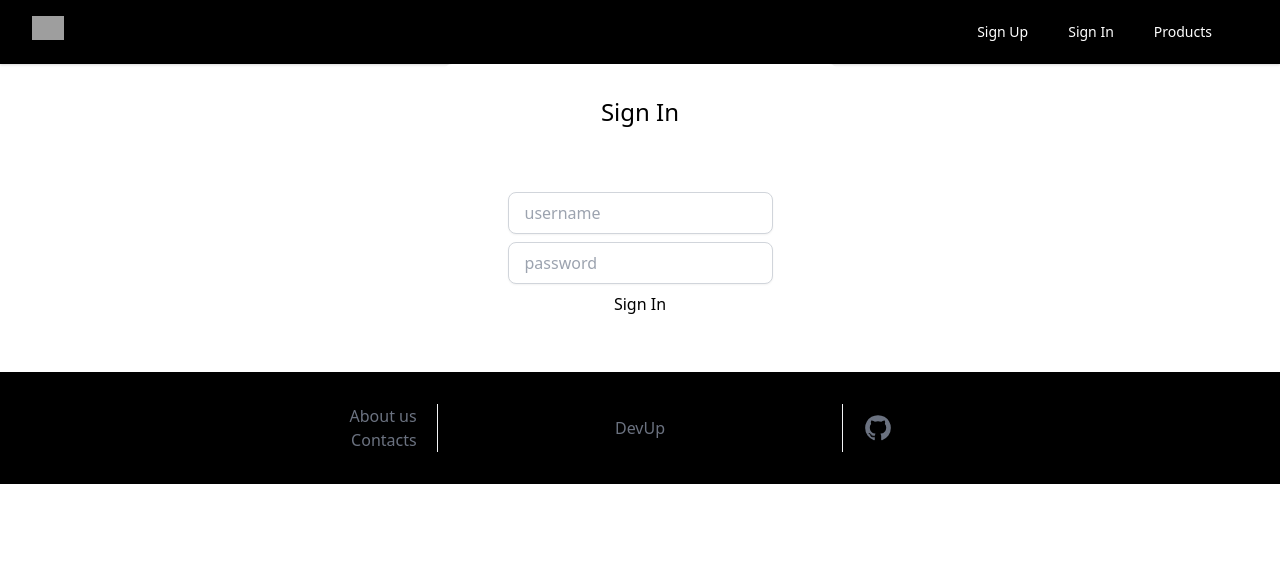
Repository: jesschoe/devup
Page: /signin (app in client/)
An editor plug-in stored every save of this project. The page is shown before and after the next save, followed by the edit.
The browser window is 1280 px wide. The pictures show the whole page.
Pictures or frames that could not be fetched are drawn as grey boxes. The project was rebuilt for these pictures with package versions that can differ from the ones it lists, and the page was loaded fresh each time. Also part of the build but not shown: client/craco.config.js, client/src/screens/Home/Home.jsx, client/src/services/products.js, client/src/screens/ProductDetail/ProductDetail.jsx, client/src/screens/ProductEdit/ProductEdit.jsx, client/src/screens/ProductCreate/ProductCreate.jsx, client/src/screens/SignUp/SignUp.jsx, client/src/components/Product/Product.jsx and 2 more.

Above is the page before, as saved 2021-10-10 10:26:59.

### client/src/App.js
import './App.css';
import { Route } from "react-router-dom"
import Home from "./screens/Home/Home"
import ProductDetail from "./screens/ProductDetail/ProductDetail"
import ProductEdit from "./screens/ProductEdit/ProductEdit"
import ProductCreate from "./screens/ProductCreate/ProductCreate"
import SignUp from "./screens/SignUp/SignUp"
import SignIn from "./screens/SignIn/SignIn"
import Products from './screens/Products/Products';

function App() {
  return (
    <div className="App">
      <Route exact path="/">
        <Home />
      </Route>
      <Route exact path="/products">
       <Products />
      </Route>
      <Route path="/products/:id">
        <ProductDetail />
      </Route>
      <Route path="/products/:id/edit">
        <ProductEdit />
      </Route>
      <Route path="/add-product">
        <ProductCreate />
      </Route>
      <Route path="/signup">
        <SignUp />
      </Route>
      <Route path="/signin">
        <SignIn />
      </Route>
    </div>
  );
}

export default App;

### client/src/screens/SignIn/SignIn.jsx
import { useState } from "react";
import { signIn } from "../../services/users";
import { useHistory } from "react-router-dom";
import Layout from "../../components/Layout/Layout";

const SignIn = (props) => {
  const history = useHistory();

  const [form, setForm] = useState({
    username: "",
    password: "",
    isError: false,
    errorMsg: "",
  });

  const handleChange = (e) => {
    setForm({
      ...form,
      [e.target.name]: e.target.value,
    });
  };

  const onSignIn = async (e) => {
    e.preventDefault();
    const { setUser } = props;
    try {
      const user = await signIn(form);
      setUser(user);
      history.push("/");
    } catch (error) {
      console.error(error);
      setForm({
        isError: true,
        errorMsg: "Invalid username or password",
        username: "",
        password: "",
      });
    }
  };

  const renderError = () => {
    const toggleForm = form.isError ? "danger" : "";
    if (form.isError) {
      return (
        <button type="submit" className={toggleForm}>
          {form.errorMsg}
        </button>
      );
    } else {
      return <button type="submit">Sign In</button>;
    }
  };

  const { username, password } = form;

  return (
    <Layout>
      <div className="flex justify-center">
        <div class="flex flex-col justify-center items-center max-w-md px-4 py-8 bg-white rounded-lg  sm:px-6 md:px-8 lg:px-10">
          <div class="self-center mb-2 text-xl font-light text-black sm:text-2xl dark:text-white">
            Sign In
          </div>
          <div class="p-6 mt-8">
            <form onsubmit={onSignIn}>
              <div class="flex flex-col mb-2">
                <div class=" relative ">
                  <input
                    className=" rounded-lg border-transparent flex-1 appearance-none border border-gray-300 w-full py-2 px-4 bg-white text-gray-700 placeholder-gray-400 shadow-sm text-base focus:outline-none focus:ring-2 focus:ring-purple-600 focus:border-transparent"
                    required
                    type="text"
                    value={username}
                    onChange={handleChange}
                    placeholder="username"
                  />
                </div>
              </div>
              <div className="flex flex-col mb-2">
                <div className=" relative ">
                  <input
                    className=" rounded-lg border-transparent flex-1 appearance-none border border-gray-300 w-full py-2 px-4 bg-white text-gray-700 placeholder-gray-400 shadow-sm text-base focus:outline-none focus:ring-2 focus:ring-purple-600 focus:border-transparent"
                    required
                    type="password"
                    value={password}
                    onChange={handleChange}
                    placeholder="password"
                  />
                </div>
              </div>
              {renderError()}
            </form>
          </div>
        </div>
      </div>
    </Layout>
  );
};

export default SignIn;

{
  /* <div className="min-h-screen min-w-max flex justify-center items-center text-center">
      <div className="text-black block">Sign In</div>
      <form onSubmit={onSignIn}>
        <label>Email</label>
        <input
          required
          type="text"
          name="email"
          value={username}
          placeholder="username"
          onChange={handleChange}
        />
        <label>Password</label>
        <input
          required
          name="password"
          value={password}
          type="password"
          placeholder="password"
          onChange={handleChange}
        />
        {renderError()}
      </form>
    </div> */
}

### client/src/components/Layout/Layout.jsx
import Footer from '../Footer/Footer'
import Nav from '../Nav/Nav'

const Layout = (props) => {
  return (
    <div>
      <Nav />
      <div className="">
        {props.children}
      </div>
      <Footer />
    </div>
  )
}

export default Layout

### client/src/services/users.js
import api from './apiConfig'
import jwtDecode from 'jwt-decode'

export const signUp = async (credentials) => {
  try {
    const resp = await api.post('/sign-up', credentials)
    localStorage.setItem('token', resp.data.token)
    const user = jwtDecode(resp.data.token)
    return user
  } catch (error) {
    throw error
  }
}

export const signIn = async (credentials) => {
  try {
    const resp = await api.post('/sign-in', credentials)
    localStorage.setItem('token', resp.data.token)
    const user = jwtDecode(resp.data.token)
    return user
  } catch (error) {
    throw error
  }
}

export const signOut = async () => {
  try {
    localStorage.removeItem("token")
    return true
  } catch (error) {
    throw error
  }
}

export const changePassword = async (passwords, user) => {
  try {
    const resp = await api.post('/')
    return resp.data
  } catch (error) {
    throw error
  }
}

export const verifyUser = async () => {
  const token = localStorage.getItem('token')
  if (token) {
    const res = await api.get('/verify')
    return res.data
  }
  return false
}

### client/src/components/Footer/Footer.jsx
import React from "react";
import { Link } from "react-router-dom";
const Footer = () => {
  return (
    <div>
      <footer className="px-3 py-8 bg-black text-2 text-gray-500 transition-colors duration-200">
        <div className="flex flex-col">
          <div className="md:hidden mt-7 mx-auto w-11 h-px rounded-full"></div>
          <div class="mt-4 md:mt-0 flex flex-col md:flex-row">
            <nav className="flex-1 flex flex-col items-center justify-center md:items-end md:border-r border-gray-100 md:pr-5">
              <Link to="/" className="hover:text-white">
                About us
              </Link>
              <Link className="hover:text-white">Contacts</Link>
            </nav>
            <div className="md:hidden mt-4 mx-auto w-11 h-px rounded-full"></div>
            <div className="mt-4 md:mt-0 flex-1 flex items-center justify-center md:border-r border-gray-100 hover:text-white">
              <Link to="/">DevUp</Link>
            </div>
            <div className="md:hidden mt-4 mx-auto w-11 h-px rounded-full "></div>
            <div className="mt-7 md:mt-0 flex-1 flex flex-col items-center justify-center md:items-start md:pl-5">
              <svg
                xmlns="http://www.w3.org/2000/svg"
                width="30"
                height="30"
                fill="currentColor"
                className="text-xl hover:text-white transition-colors duration-200"
                viewBox="0 0 1792 1792"
              >
                <path d="M896 128q209 0 385.5 103t279.5 279.5 103 385.5q0 251-146.5 451.5t-378.5 277.5q-27 5-40-7t-13-30q0-3 .5-76.5t.5-134.5q0-97-52-142 57-6 102.5-18t94-39 81-66.5 53-105 20.5-150.5q0-119-79-206 37-91-8-204-28-9-81 11t-92 44l-38 24q-93-26-192-26t-192 26q-16-11-42.5-27t-83.5-38.5-85-13.5q-45 113-8 204-79 87-79 206 0 85 20.5 150t52.5 105 80.5 67 94 39 102.5 18q-39 36-49 103-21 10-45 15t-57 5-65.5-21.5-55.5-62.5q-19-32-48.5-52t-49.5-24l-20-3q-21 0-29 4.5t-5 11.5 9 14 13 12l7 5q22 10 43.5 38t31.5 51l10 23q13 38 44 61.5t67 30 69.5 7 55.5-3.5l23-4q0 38 .5 88.5t.5 54.5q0 18-13 30t-40 7q-232-77-378.5-277.5t-146.5-451.5q0-209 103-385.5t279.5-279.5 385.5-103zm-477 1103q3-7-7-12-10-3-13 2-3 7 7 12 9 6 13-2zm31 34q7-5-2-16-10-9-16-3-7 5 2 16 10 10 16 3zm30 45q9-7 0-19-8-13-17-6-9 5 0 18t17 7zm42 42q8-8-4-19-12-12-20-3-9 8 4 19 12 12 20 3zm57 25q3-11-13-16-15-4-19 7t13 15q15 6 19-6zm63 5q0-13-17-11-16 0-16 11 0 13 17 11 16 0 16-11zm58-10q-2-11-18-9-16 3-14 15t18 8 14-14z"></path>
              </svg>
            </div>
          </div>
        </div>
      </footer>
    </div>
  );
};

export default Footer;

### client/src/components/Nav/Nav.jsx
import { NavLink } from "react-router-dom";
import MobileNav from "../MobileNav/MobileNav";

const Nav = () => {
  return (
    <div>
      <nav className="bg-black dark:bg-gray-800  shadow ">
        <div className="max-w-7xl mx-auto px-8">
          <div className="flex items-center justify-between h-16">
            <div className="w-full justify-between flex items-center">
              <NavLink className="h-8 w-8" to="/">
                <img src="../../../public/logo.png" alt="Devup Logo" />{" "}
              </NavLink>
              <div className="hidden md:block">
                <div className="ml-10 flex items-baseline space-x-4">
                  <NavLink
                    className="text-white hover:text-indigo-400 px-3 py-2 rounded-md text-sm font-medium"
                    to="/signup"
                  >
                    Sign Up
                  </NavLink>
                  <NavLink
                    className="text-white hover:text-indigo-400 px-3 py-2 rounded-md text-sm font-medium"to="/signin">
                    Sign In
                  </NavLink>
                  <NavLink className="text-white hover:text-indigo-400 px-3 py-2 rounded-md text-sm font-medium"to="/products">
                    Products
                  </NavLink>
                </div>
              </div>
            </div>
            <div className="block">
              <div className="ml-4 flex items-center md:ml-6"></div>
            </div>
            <div className="-mr-2 flex md:hidden">
              <button className="text-white inline-flex items-center justify-center p-2 rounded-md focus:outline-none">
                <svg
                  width="20"
                  height="20"
                  fill="currentColor"
                  className="h-8 w-8"
                  viewBox="0 0 1792 1792"
                  xmlns="http://www.w3.org/2000/svg"
                >
                  <path d="M1664 1344v128q0 26-19 45t-45 19h-1408q-26 0-45-19t-19-45v-128q0-26 19-45t45-19h1408q26 0 45 19t19 45zm0-512v128q0 26-19 45t-45 19h-1408q-26 0-45-19t-19-45v-128q0-26 19-45t45-19h1408q26 0 45 19t19 45zm0-512v128q0 26-19 45t-45 19h-1408q-26 0-45-19t-19-45v-128q0-26 19-45t45-19h1408q26 0 45 19t19 45z"></path>
                </svg>
              </button>
            </div>
          </div>
        </div>
        <div className="md:hidden">
          <MobileNav />
        </div>
      </nav>
    </div>
  );
};

export default Nav;

### client/src/services/apiConfig.js
import axios from 'axios'

const getToken = () => {
    return new Promise(resolve => {
        resolve(`Bearer ${localStorage.getItem('token') || null}`)
    })
}

const api = axios.create({
    baseURL: process.env.NODE_ENV === 'production'
        ? 'https://devupapp.herokuapp.com//api'
        : 'http://localhost:3000/api'
})

api.interceptors.request.use(async function (config) {
    config.headers['Authorization'] = await getToken()
    return config
}, function (error) {
    console.log('Request error: ', error)
    return Promise.reject(error)
});

export default api

### client/src/components/MobileNav/MobileNav.jsx
import { NavLink } from "react-router-dom";

const MobileNav = () => {
  return (
    <div className="px-2 pt-2 pb-3 space-y-1 sm:px-3">
      <NavLink
        className="text-white hover:text-indigo-400 px-3 py-2 rounded-md text-sm font-medium block"
        to="/signup">
        Sign Up
      </NavLink>
      <NavLink
        className="text-white hover:text-indigo-400 px-3 py-2 rounded-md text-sm font-medium block"
        to="/signin">
        Sign In
      </NavLink>
      <NavLink
        className="text-white hover:text-indigo-400 px-3 py-2 rounded-md text-sm font-medium block"
        to="/products">
        Products
      </NavLink>
    </div>
  );
};

export default MobileNav;

Loaded but not shown: client/public/index.html (common file); client/src/index.js (common file); client/src/index.css (common file); client/src/reportWebVitals.js (common file); client/src/App.css (common file); client/tailwind.config.js (common file)

After the next save:
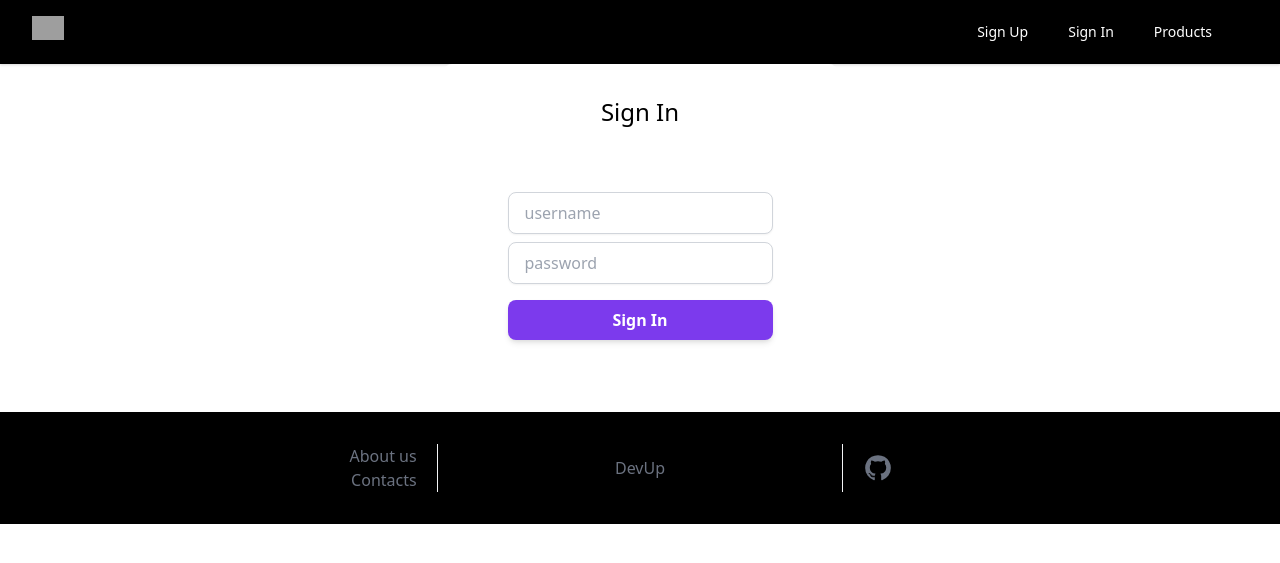
Saved 20 s later.
--- a/client/src/screens/SignIn/SignIn.jsx
+++ b/client/src/screens/SignIn/SignIn.jsx
@@ -86,7 +86,14 @@ const SignIn = (props) => {
                   />
                 </div>
               </div>
-              {renderError()}
+              <div class="flex w-full my-4">
+                <button
+                  class="py-2 px-4  bg-purple-600 hover:bg-purple-700 focus:ring-purple-500 focus:ring-offset-purple-200 text-white w-full transition ease-in duration-200 text-center text-base font-semibold shadow-md focus:outline-none focus:ring-2 focus:ring-offset-2  rounded-lg "
+                  type="submit"
+                >
+                  Sign In
+                </button>
+              </div>
             </form>
           </div>
         </div>
